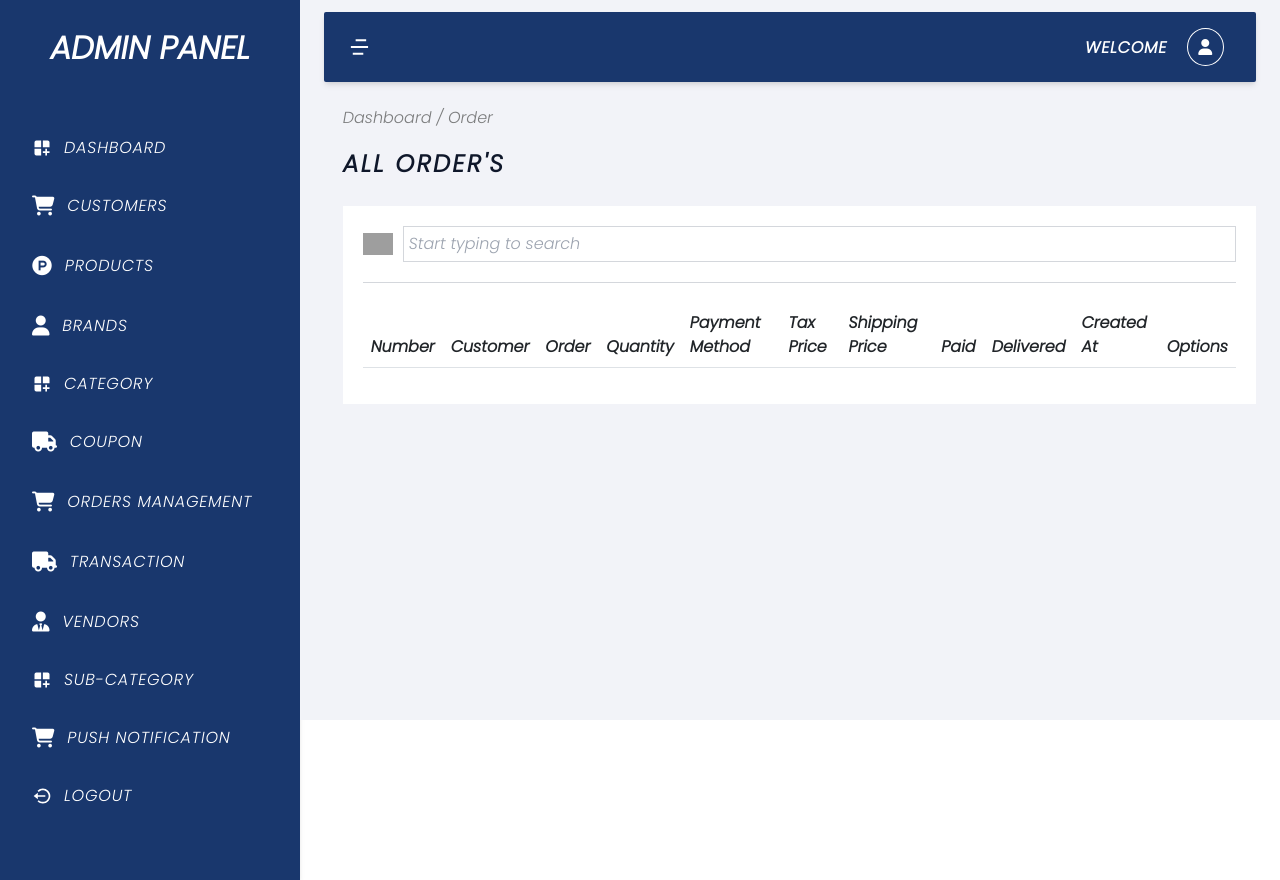
Repository: FlyweisReact/AnilAdminPanel
Page: /transation
The author's editor kept a copy of each file at every save. The page is drawn from the files as they stood at one save, then again after the next save.
The browser window is 1280 px wide. The pictures show the whole page.
Pictures or frames that could not be fetched are drawn as grey boxes. The page's requests for data from a server got no answer. Some web libraries are served in a nearby version. The project was rebuilt for these pictures with package versions that can differ from the ones it lists, and the page was loaded fresh each time. No one was signed in, and anything a server would have sent is missing. Also part of the build but not shown: src/E-CommerceAdmin/forms/Login.jsx, src/E-CommerceAdmin/pages/Dashboard.jsx, src/E-CommerceAdmin/pages/ECategory.js, src/E-CommerceAdmin/pages/EProduct.js, src/E-CommerceVendor/forms/EVendorLogin.jsx, src/E-CommerceAdmin/pages/EVendorList.js, src/E-CommerceAdmin/pages/EAdminOrders.js, src/E-CommerceAdmin/pages/EAdminProduct.js and 6 more. Imported but missing from the stored project, and not drawn on this page: src/E-CommerceVendor/pages/EVCategory, src/E-CommerceVendor/pages/EVDashboard, src/E-CommerceVendor/pages/EVOrders, src/E-CommerceVendor/pages/EVProduct, src/E-CommerceVendor/pages/EVSubCategory.

Above is the page before, as saved 2023-05-03 16:29:50.

### public/index.html
<!-- @format -->

<!DOCTYPE html>
<html lang="en">
  <head>
    <meta charset="utf-8" />
    <meta name="viewport" content="width=device-width, initial-scale=1" />
    <meta name="theme-color" content="#000000" />
    <meta
      name="description"
      content="Web site created using create-react-app"
    />
    <link rel="apple-touch-icon" href="%PUBLIC_URL%/favicon.ico?v=2" />
    <link rel="manifest" href="%PUBLIC_URL%/manifest.json" />
    <link rel="preconnect" href="https://fonts.googleapis.com">
<link rel="preconnect" href="https://fonts.gstatic.com" crossorigin>
<link href="https://fonts.googleapis.com/css2?family=Roboto+Mono:ital,wght@1,300&display=swap" rel="stylesheet">
    <title>Anil Admin Panel</title>
  </head>
  <body>
    <noscript>You need to enable JavaScript to run this app.</noscript>
    <div id="root"></div>
    <script src="https://code.jquery.com/jquery-3.6.0.min.js"></script>
    <script src="https://kit.fontawesome.com/b533b351e4.js" crossorigin="anonymous"></script>
  </body>
</html>

### src/index.js
import React from "react";
import ReactDOM from "react-dom/client";
import "./index.css";
import App from "./App";
import { BrowserRouter } from "react-router-dom";
import 'bootstrap/dist/css/bootstrap.min.css'

const root = ReactDOM.createRoot(document.getElementById("root"));
root.render(
  <React.StrictMode>
    <BrowserRouter>
      <App />
    </BrowserRouter>
  </React.StrictMode>
);

### src/index.css
/** @format */

@tailwind base;
@tailwind components;
@tailwind utilities;
@import url("https://fonts.googleapis.com/css2?family=Roboto+Mono:ital,wght@1,300&display=swap");
@font-face {
  font-family: Roboto;
  src: url("./Fonts/Poppins-LightItalic.ttf");
}
body {
  margin: 0;
  font-family: Roboto !important;
  -webkit-font-smoothing: antialiased;
  -moz-osx-font-smoothing: grayscale;
}

code {
  font-family: Roboto !important;
}

html {
  font-family: Roboto !important;
}

::-webkit-scrollbar {
  width: 10px;
}
.fa-trash {
  color: red;
  cursor: pointer;
}

.iCOn {
  transition: 0.5s;
  box-shadow: none;
  transform: scale(1);
}
.cardDiv {
  cursor: pointer;
}

.cardDiv:hover .iCOn {
  box-shadow: rgba(0, 0, 0, 0.35) 0px 5px 15px;
  transform: scale(1.3);
}

/* Track */
::-webkit-scrollbar-track {
  background: #f1f1f1;
}

/* Handle */
::-webkit-scrollbar-thumb {
  background: #888;
}

/* Handle on hover */
::-webkit-scrollbar-thumb:hover {
  background: #555;
}
.profileImage {
  width: 100px;
}
.fa-eye {
  color: #029aff;
  cursor: pointer;
}
.fa-edit {
  cursor: pointer;
  color: blue;
}

.View {
  border: 1px solid black;
  width: 100%;
  padding: 10px;
}

.main-card--container {
  display: grid;
  grid-template-columns: repeat(3, minmax(300px, 500px));
  grid-gap: 50px;
  justify-content: space-around;
}
.card-container {
  margin: 25px 0 auto;
  box-shadow: rgba(0, 0, 0, 0.35) 0px 5px 15px;
  position: relative;
  display: grid;
  grid-template-columns: 1fr;
  justify-content: space-around;
  align-items: flex-start;
}

.myEdit:focus {
  box-shadow: rgba(0, 0, 0, 0.35) 0px 5px 15px;
}

.AstroLogin {
  color: #fff;
  background-color: #2b7a8e;
  padding: 10px;
  width: 380px;
  text-align: center;
  font-size: 20px;
  background: linear-gradient(to left, #2b7a8e 50%, #fff 50%) right;
  background-size: 200%;
  transition: 0.5s ease-out;
  border: 1px solid #2b7a8e;
  margin-top: 10px;
  text-transform: uppercase;
}
.AstroLogin:hover {
  background-position: left;
  color: #2b7a8e;
}

.EcommerceAdminLogin {
  color: #fff;
  background-color: #19376d;
  padding: 10px;
  width: 380px;
  text-align: center;
  font-size: 20px;
  background: linear-gradient(to left, #19376d 50%, #fff 50%) right;
  background-size: 200%;
  transition: 0.5s ease-out;
  border: 1px solid #19376d;
  margin-top: 10px;
  text-transform: uppercase;
}

.EcommerceAdminLogin:hover {
  background-position: left;
  color: #19376d;
}
.EcommerceVendorLogin {
  color: #fff;
  background-color: #576cbc;
  padding: 10px;
  width: 380px;
  text-align: center;
  font-size: 20px;
  background: linear-gradient(to left, #576cbc 50%, #fff 50%) right;
  background-size: 200%;
  transition: 0.5s ease-out;
  border: 1px solid #576cbc;
  margin-top: 10px;
  text-transform: uppercase;
}

.EcommerceVendorLogin:hover {
  background-position: left;
  color: #576cbc;
}

.view {
  background-color: #2196f3;
  color: #fff;
  width: 50%;
  padding: 5px;
}

.two-sec {
  display: flex;
  justify-content: space-evenly;
  justify-content: space-evenly;
}
.two-sec .left {
  width: 60%;
  background-color: #f6f1ef;
  padding: 20px;
}
.two-sec .left .head {
  font-size: 25px;
  font-weight: bold;
}

.two-sec .right {
  width: 30%;
  background-color: #f6f1ef;
}

.searchDiv {
  width: 100%;
  display: flex;
  gap: 10px;
  border: 1px solid rgb(179, 179, 179);
  padding: 10px;
  margin-bottom: 20px;
  align-items: center;
}
.searchDiv input {
  width: 94%;
  outline: none;
  border: none;
}

.flexCont {
  display: flex;
  align-items: center;
  gap: 10px;
}
.flexCont img {
  width: 60px;
  background-color: #e9ecef;
}

.blockContent {
  display: block;
}
.blockContent p {
  margin: 0;
}

.checkBox {
  width: 50px;
  height: 25px;
  background-color: #e9ecef;
  border-radius: 50px;
  position: relative;
  cursor: pointer;
}
.checkBox span {
  width: 20px;
  height: 20px;
  border-radius: 100%;
  background-color: #fff;
  position: absolute;
  left: 5px;
  top: 2px;
}
.ActivecheckBox {
  width: 50px;
  height: 25px;
  background-color: #0d6efd;
  border-radius: 50px;
  position: relative;
  cursor: pointer;
}
.ActivecheckBox span {
  width: 20px;
  height: 20px;
  border-radius: 100%;
  background-color: #fff;
  position: absolute;
  right: 5px;
  top: 2px;
}

.fa-eye {
  color: #0cba73;
  background-color: #d6f8e8;
  width: 40px;
  text-align: center;
  height: 40px;
  display: flex;
  border-radius: 100%;
  justify-content: center;
  padding-top: 10px;
  transition: 0.5s;
}

.fa-pen-to-square {
  color: #f4c39c;
  background-color: #ffebdb;
  width: 40px;
  text-align: center;
  height: 40px;
  display: flex;
  border-radius: 100%;
  justify-content: center;
  padding-top: 10px;
  cursor: pointer;
  transition: 0.5s;
}
.fa-trash {
  color: #df939f;
  background-color: #ffe1e8;
  width: 40px;
  text-align: center;
  height: 40px;
  display: flex;
  border-radius: 100%;
  justify-content: center;
  padding-top: 10px;
  cursor: pointer;
  transition: 0.5s;
}
.fa-trash:hover {
  transform: scale(1.2);
}
.fa-eye:hover {
  transform: scale(1.2);
}
.fa-pen-to-square:hover {
  transform: scale(1.2);
}
.required {
  color: #e74260;
}

.headP {
  margin-left: 2%;
  color: #7b7c7d;
}
.filterBox {
  display: flex;
  align-items: center;
  gap: 10px;
  border-bottom: 1px solid #d4d7dc;
  padding-bottom: 20px;
  margin-bottom: 20px;
}
.filterBox img {
  width: 30px;
}
.filterBox input {
  width: 100%;
  border: 1px solid #d4d7dc;
  outline: none;
  padding: 5px;
  color: black;
}
.sectionCont {
  width: 98%;
  background-color: #fff;
  margin-left: 2%;
  padding: 20px;
}

.overFlowCont {
  width: 100%;
  overflow-x: auto;
}

.UserProfile {
  border: 1px solid #fff;
  padding: 10px;
  border-radius: 100%;
  transition: 0.5s;
  margin-left: 20px;
  cursor: pointer;
}

.UserProfile:hover {
  background-color: #fff;
  color: #000;
}

.submitBtn{
  border-radius: 0 !important;
  background-color: #19376d !important  ;

}

.pagination{
display: flex;
justify-content: center;
align-items: center;
gap: 10px;
margin-bottom: 20px;
}
.pagination button{
  border: 1px solid black;
  /* height: 50px;
  width: 50px; */
  padding: 10px;
}

.active{
  background-color: #029aff;
  color: #fff;
  border: 1px solid #029aff  !important;
}

### src/App.js
/** @format */

import { Routes, Route } from "react-router-dom";
import { ToastContainer } from "react-toastify";
import "react-toastify/dist/ReactToastify.css";
import Login from "./E-CommerceAdmin/forms/Login";
import Dashboard from "./E-CommerceAdmin/pages/Dashboard";
import ECategory from "./E-CommerceAdmin/pages/ECategory";
import EProduct from "./E-CommerceAdmin/pages/EProduct";
import EVendorLogin from "./E-CommerceVendor/forms/EVendorLogin";
import EVDashboard from "./E-CommerceVendor/pages/EVDashboard";
import EVCategory from "./E-CommerceVendor/pages/EVCategory";
import EVProduct from "./E-CommerceVendor/pages/EVProduct";
import EVendorList from "./E-CommerceAdmin/pages/EVendorList";
import EAdminOrders from "./E-CommerceAdmin/pages/EAdminOrders";
import EAdminProduct from "./E-CommerceAdmin/pages/EAdminProduct";
import EAdminDelivery from "./E-CommerceAdmin/pages/EAdminDelivery";
import EAdminCustomer from "./E-CommerceAdmin/pages/EAdminCustomer";
import EAdmin from "./E-CommerceAdmin/pages/EAdmin";
import ESubCategory from "./E-CommerceAdmin/pages/ESubCategory";
import ESingleProduct from "./E-CommerceAdmin/pages/ESingleProduct";
import EVSubCategory from "./E-CommerceVendor/pages/EVSubCategory";
import EVOrders from "./E-CommerceVendor/pages/EVOrders";
import PushNotification from './E-CommerceAdmin/pages/PushNotification'
import Transaction from "./E-CommerceAdmin/pages/Transaction";

function App() {
  return (
    <>
      <ToastContainer />

      <Routes>
          <Route path="/" element={<Login />} />
          <Route path="/notification" element={<PushNotification />} />
        <Route path="/E-Commerce/Product" element={<EProduct />} />
          <Route path="/Customer" element={<EAdminCustomer />} />
        <Route path="/E-Commerce/Category" element={<ECategory />} />
          <Route path="/E-Commerce/Admin" element={<EAdmin />} />
          <Route path="/E-Commerce/Admin/Delivery" element={<EAdminDelivery />} />

        <Route path="/E-Commerce/dashboard" element={<Dashboard />} />
        <Route path="/E-Commerce/VendorList" element={<EVendorList />} />

      <Route path="/transation" element={<Transaction />} />


        <Route path="/E-commerce/Admin/Orders" element={<EAdminOrders />} />
        <Route
          path="/E-Commerce/Admin/Product/:id"
          element={<EAdminProduct />}
        />
        <Route path="/E-Commerce/Admin/subCat" element={<ESubCategory />} />
        <Route
          path="/E-Commerce/Admin/Sproduct/:id"
          element={<ESingleProduct />}
        />
        <Route path="/E-Commerce/vendor/login" element={<EVendorLogin />} />
        <Route path="/E-Commerce/vendor/dashboard" element={<EVDashboard />} />
        <Route path="/E-Commerce/vendor/category" element={<EVCategory />} />
        <Route path="/E-Commerce/vendor/product" element={<EVProduct />} />
        <Route
          path="/E-Commerce/vendor/subCategory"
          element={<EVSubCategory />}
        />
        <Route path="/E-Commerce/vendor/order" element={<EVOrders />} />
      </Routes>
    </>
  );
}

export default App;

### src/E-CommerceAdmin/pages/Transaction.js
/** @format */

import axios from "axios";
import React, { useEffect, useState } from "react";
import { Badge , Table } from "react-bootstrap";
import HOC from "../layout/HOC";

const Transaction = () => {
  const [data, setData] = useState([]);

  const fetchData = async () => {
    try {
      const { data } = await axios.get(
        " https://xw9mf13nwl.execute-api.ap-south-1.amazonaws.com/dev/api/v1/payments"
      );
      setData(data);
    } catch (e) {
      console.log(e);
    }
  };

  useEffect(() => {
    fetchData();
  }, []);

  return (
    <>
      <section>
        <p className="headP">Dashboard / Order</p>

        <div
          className="pb-4 sticky top-0  w-full flex justify-between items-center"
          style={{ width: "98%", marginLeft: "2%" }}
        >
          <span
            className="tracking-widest text-slate-900 font-semibold uppercase"
            style={{ fontSize: "1.5rem" }}
          >
            All Order's
          </span>
        </div>
        <section className="sectionCont">
          <div className="filterBox">
            <img
              src="https://t4.ftcdn.net/jpg/01/41/97/61/360_F_141976137_kQrdYIvfn3e0RT1EWbZOmQciOKLMgCwG.jpg"
              alt=""
            />
            <input type="search" placeholder="Start typing to search" />
          </div>

          <div className="overFlowCont">
            <Table>
              <thead>
                <tr>
                  <th>Number</th>
                  <th>Customer</th>
                  <th>Order</th>
                  <th>Quantity</th>
                  <th>Payment Method</th>
                  <th>Tax Price</th>
                  <th> Shipping Price </th>
                  <th> Paid </th>
                  <th> Delivered </th>
                  <th> Created At </th>
                  <th>Options</th>
                </tr>
              </thead>
              <tbody>
                {data?.data?.map((i, index) => (
                  <tr key={index}>
                    <td> #{index + 1} </td>
                    <td> {i.userId} </td>
                    <td> {i.order} </td>
                    <td> {i.paymentMethod} </td>
                    <td> {i.payment_Id} </td>
                    <td> {i.receipt} </td>
                    <td> {i.amount} </td>
                    <td> {i.createdAt?.slice(0, 10)} </td>
                    <td>
                      {" "}
                      {i.status === "success" ? (
                        <Badge bg="success">Success</Badge>
                      ) : (
                        <Badge bg="danger">Cancel</Badge>
                      )}{" "}
                    </td>
                  </tr>
                ))}
              </tbody>
            </Table>
          </div>
        </section>
      </section>
    </>
  );
};

export default HOC(Transaction);

### src/E-CommerceAdmin/layout/HOC.jsx
/** @format */

import React, { useState } from "react";
import Navbar from "./Navbar";
import Sidebar from "./Sidebar";

const HOC = (Wcomponenet) => {
  return function Component() {
    const [hamb, setHamb] = useState(false);
    return (
      <>
        <section className="flex overflow-x-hidden relative ">
          {/* Sidebar */}
          <div
            className={
              hamb
                ? " absolute top-0 z-30 md:w-auto shadow-md bg-slate-200  w-60 transition-all md:-left-full left duration-150  h-auto overflow-y-auto  left-0 "
                : " md:w-72 z-30 bg-slate-200  shadow-md  md:static absolute top-0 -left-full   transition-all duration-150  overflow-y-auto h-auto"
            }
            style={{ minWidth: "300px" }}
          >
            <Sidebar hamb={hamb} setHamb={setHamb} />
          </div>
          {/* Components & Navbar */}
          <div
            className={
              hamb
                ? " transition-all px-4 py-2  duration-150 w-full h-screen"
                : " w-full h-screen  px-4 py-2   z-50 transition-all duration-150 "
            }
            style={{backgroundColor : '#f2f3f8'}}
          >
            <Navbar hamb={hamb} setHamb={setHamb} />
            <div className="my-6 text-#000 h-[87%] wcomp overflow-y-auto">
              {" "}
              <Wcomponenet />
            </div>
          </div>
        </section>
      </>
    );
  };
};

export default HOC;

### src/E-CommerceAdmin/layout/Navbar.jsx
/** @format */

import { useState } from "react";
import { RiMenu4Line } from "react-icons/ri";
import { ProfileUpdate } from "../Modals/Modals";

const Navbar = ({ hamb, setHamb }) => {
  const [openProfile, setOpenProfile] = useState(false);

  return (
    <>
      <ProfileUpdate show={openProfile} onHide={() => setOpenProfile(false)} />

      <div
        className={
          hamb
            ? "flex  w-full justify-between  my-1 rounded-sm  p-4 py-3 shadow-md items-center  bg-slate-200 space-x-4"
            : "flex  w-full justify-between my-1 rounded-sm  p-4 py-3 shadow-md items-center  bg-slate-200 space-x-4"
        }
        style={{ backgroundColor: "#19376d" }}
      >
        <RiMenu4Line
          onClick={() => setHamb(!hamb)}
          className="text-2xl font-bold text-gray-900 hover:scale-90 cursor-pointer"
          style={{ color: "#fff" }}
        />

        <section className="flex sm:ml-auto justify-end sm:w-full items-center space-x-2  pr-2">
          <figcaption className="tracking-wider pl-1 font-semibold">
            <div
              className="lg:text-base text-sm text-gray-900  uppercase"
              style={{ color: "#fff" }}
            >
              Welcome
              <i
                className="fa-solid fa-user UserProfile"
                onClick={() => setOpenProfile(!openProfile)}
              ></i>
            </div>
          </figcaption>
        </section>
      </div>
    </>
  );
};

export default Navbar;

### src/E-CommerceAdmin/layout/Sidebar.jsx
/** @format */

import React from "react";
import { RiCloseLine } from "react-icons/ri";
import { Link, useNavigate } from "react-router-dom";
import { BiLogOutCircle } from "react-icons/bi";
import { MdDashboardCustomize } from "react-icons/md";

const Sidebar = ({ hamb, setHamb }) => {
  const navigate = useNavigate();

  const nav = [
    {
      icon: <MdDashboardCustomize className="text-xl mr-3 rounded-full " />,
      link: "/E-Commerce/dashboard",
      name: "Dashboard",
    },

    {
      icon: (
        <i className="fa-solid fa-cart-shopping text-xl mr-3 rounded-full"></i>
      ),
      link: "/Customer",
      name: "Customers",
    },

    {
      icon: (
        <i className="fa-brands fa-product-hunt text-xl mr-3 rounded-full"></i>
      ),
      link: "/E-Commerce/Product",
      name: "Products",
    },

    {
      icon: <i class="fa-solid fa-user text-xl mr-3 rounded-full"></i>,
      link: "/E-Commerce/Admin",
      name: "Brands",
    },
    {
      icon: <MdDashboardCustomize className="text-xl mr-3 rounded-full " />,
      link: "/E-Commerce/Category",
      name: "Category",
    },
    {
      icon: <i class="fa-solid fa-truck  text-xl mr-3 rounded-full"></i>,
      link: "/E-Commerce/Admin/Delivery",
      name: "Coupon",
    },

    {
      icon: (
        <i className="fa-solid fa-cart-shopping text-xl mr-3 rounded-full"></i>
      ),
      link: "/E-commerce/Admin/Orders",
      name: "Orders Management",
    },
    {
      icon: <i class="fa-solid fa-truck  text-xl mr-3 rounded-full"></i>,
      link: "/transation",
      name: "Transaction",
    },

    {
      icon: <i class="fa-solid fa-user-tie text-xl mr-3 rounded-full"></i>,
      link: "/E-Commerce/VendorList",
      name: "Vendors",
    },




    {
      icon: <MdDashboardCustomize className="text-xl mr-3 rounded-full " />,
      link: "/E-Commerce/Admin/subCat",
      name: "Sub-Category",
    },


    {
      icon: (
        <i className="fa-solid fa-cart-shopping text-xl mr-3 rounded-full"></i>
      ),
      link: "/notification",
      name: "Push Notification",
    },
  ];

  const logOut = () => {
    navigate("/");
  };

  return (
    <>
      <aside
        className="p-4 h-auto"
        style={{ backgroundColor: "#19376d", minHeight: "100vh" }}
      >
        {/* Top */}
        <div className="w-full md:hidden relative  p-2 mb-4">
          <RiCloseLine
            onClick={() => setHamb(!hamb)}
            className="text-3xl  absolute top-2 sm:hover:rotate-[228deg] transition-transform font-bold right-2 sm:hover:text-[22px] text-[rgb(241,146,46)] cursor-pointer"
          />
        </div>{" "}
        <figure className="flex  flex-col items-center">
          <span
            className="font-bold text-[#fff]"
            style={{
              fontSize: "2rem",
              textAlign: "center",
              textTransform: "uppercase",
            }}
          >
             ADMIN PANEL
          </span>
        </figure>
        <nav className="py-6">
          {nav.map((nav) => {
            return (
              <Link
                to={nav.link}
                key={nav.name}
                className=""
                style={{ textDecoration: "none", textTransform: "uppercase" }}
              >
                <span
                  className="flex my-3 items-center cursor-pointer text-gray-900    tracking-wider p-2 rounded-sm"
                  style={{ color: "#FFF" }}
                >
                  {nav.icon} {nav.name}
                </span>
              </Link>
            );
          })}
          <span
            className="flex my-3 items-center cursor-pointer text-gray-900    tracking-wider p-2 rounded-sm"
            onClick={() => logOut()}
            style={{ color: "#FFF", textTransform: "uppercase" }}
          >
            <BiLogOutCircle className="text-xl mr-3 rounded-full " /> LogOut
          </span>
        </nav>
      </aside>
    </>
  );
};

export default Sidebar;

### src/E-CommerceAdmin/Modals/Modals.js
/** @format */

import { Button, Form, Modal } from "react-bootstrap";

export function ProfileUpdate(props) {
  return (
    <Modal
      {...props}
      size="lg"
      aria-labelledby="contained-modal-title-vcenter"
      centered
    >
      <Modal.Header closeButton>
        <Modal.Title id="contained-modal-title-vcenter">
          Update Profile
        </Modal.Title>
      </Modal.Header>
      <Modal.Body>
        <Form>
          <Form.Group className="mb-3">
            <Form.Label>Name</Form.Label>
            <Form.Control type="text" />
          </Form.Group>
          <Form.Group className="mb-3">
            <Form.Label>Email</Form.Label>
            <Form.Control type="email" />
          </Form.Group>
          <Form.Group className="mb-3">
            <Form.Label>Phone Number</Form.Label>
            <Form.Control type="tel" pattern="[0-9]{10}" />
          </Form.Group>
          <Form.Group className="mb-3">
            <Form.Label>Password</Form.Label>
            <Form.Control type="password" />
          </Form.Group>
          <Button className="submitBtn" >Submit</Button>
        </Form>
      </Modal.Body>
      <Modal.Footer></Modal.Footer>
    </Modal>
  );
}

Loaded but not shown: tailwind.config.js (common file)

After the next save:
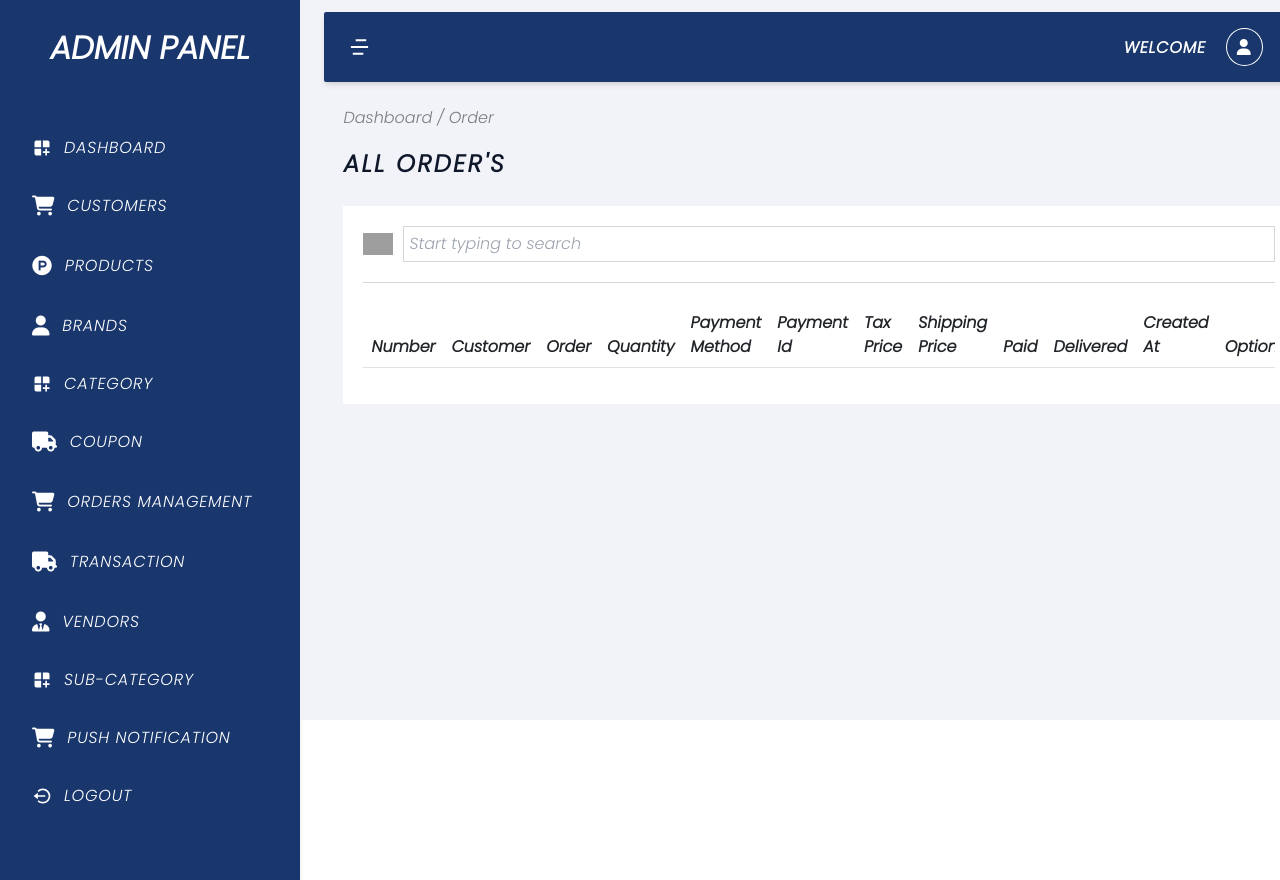
Saved 5 s later.
--- a/src/E-CommerceAdmin/pages/Transaction.js
+++ b/src/E-CommerceAdmin/pages/Transaction.js
@@ -57,6 +57,7 @@ const Transaction = () => {
                   <th>Order</th>
                   <th>Quantity</th>
                   <th>Payment Method</th>
+                  <th>Payment Id</th>
                   <th>Tax Price</th>
                   <th> Shipping Price </th>
                   <th> Paid </th>
